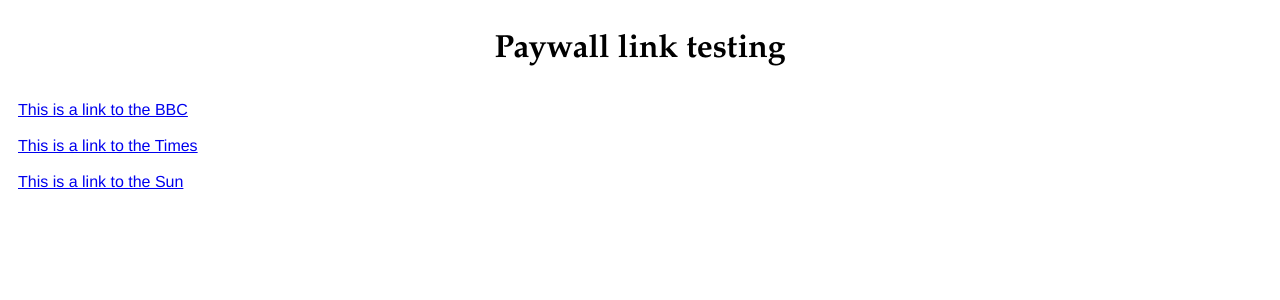
Repository: juzzell/paywall-links
Page: hello-world.html
The author's editor kept a record of every edit. The page is drawn from the files as they stood at one moment, then again after the next edit.
The browser window is 1280 px wide. The pictures show the whole page.

Above is the page before.

### hello-world.html
<!DOCTYPE html>
<html lang="en-gb">

<head>
<meta charset="utf-8">
<title>Paywall Link Testing</title>
<style type="text/css">
h1 {
	font-family: Garamond, Helvetica, sans-serif;
	font-size: xx-large;
	font-weight: bold;
	border-radius: 4px;
	padding: 10px;
	text-align: center;
}

a {
	font-family: Helvetica, sans-serif;
	font-weight: thin;
	border-radius: 4px;
	padding: 10px;
	font-size: 16px;

}

a:[href^="http://www.thetimes.co.uk/"], a[href^="http://www.thesun.co.uk/"] {
        color: #85bb65;
}

</style>
</head>

<h1>Paywall link testing</h1>

<a href="http://www.bbc.co.uk">This is a link to the BBC</a>
<br/><br/>

<a href="http://www.thetimes.co.uk/tto/news/">This is a link to the Times</a>
<br/><br/>

<a href="http://www.thesun.co.uk/">This is a link to the Sun</a>

</body>
</html>

After the next edit:
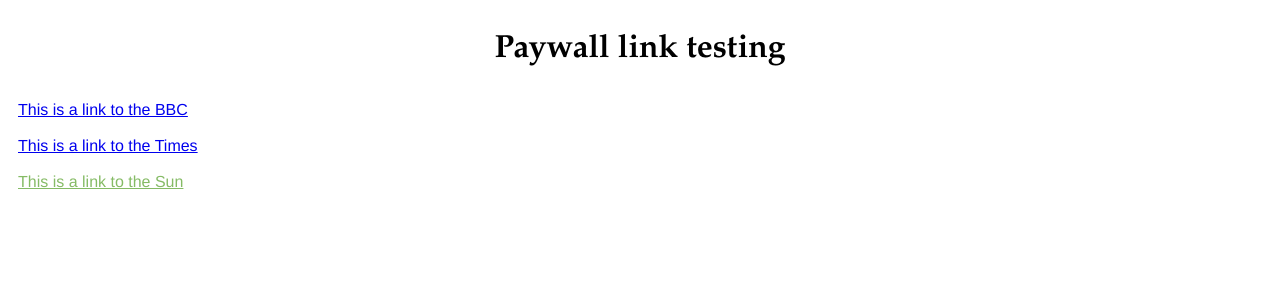
The edit:
--- a/hello-world.html
+++ b/hello-world.html
@@ -23,7 +23,7 @@
 
 }
 
-a:[href^="http://www.thetimes.co.uk/"], a[href^="http://www.thesun.co.uk/"] {
+a:hover[href^="http://www.thetimes.co.uk/"], a[href="http://www.thesun.co.uk/"] {
         color: #85bb65;
 }
 

After the edit that followed:
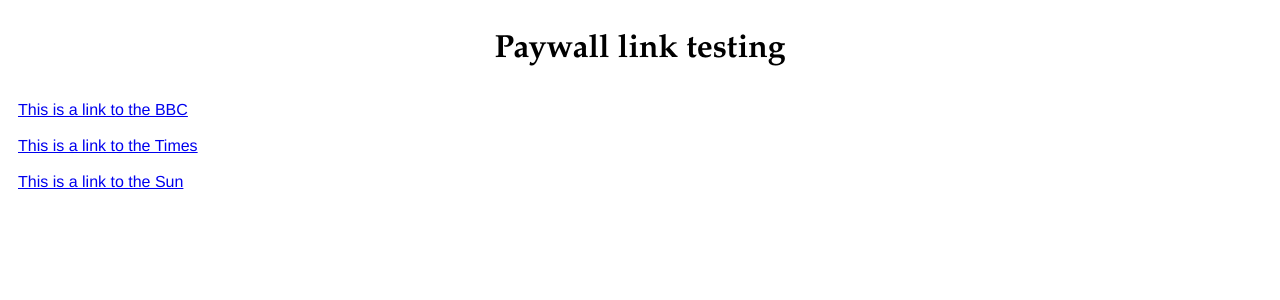
The edit:
--- a/hello-world.html
+++ b/hello-world.html
@@ -38,7 +38,7 @@
 <a href="http://www.thetimes.co.uk/tto/news/">This is a link to the Times</a>
 <br/><br/>
 
-<a href="http://www.thesun.co.uk/">This is a link to the Sun</a>
+<a href="http://www.thesun.co.uk/link">This is a link to the Sun</a>
 
 </body>
 </html>
